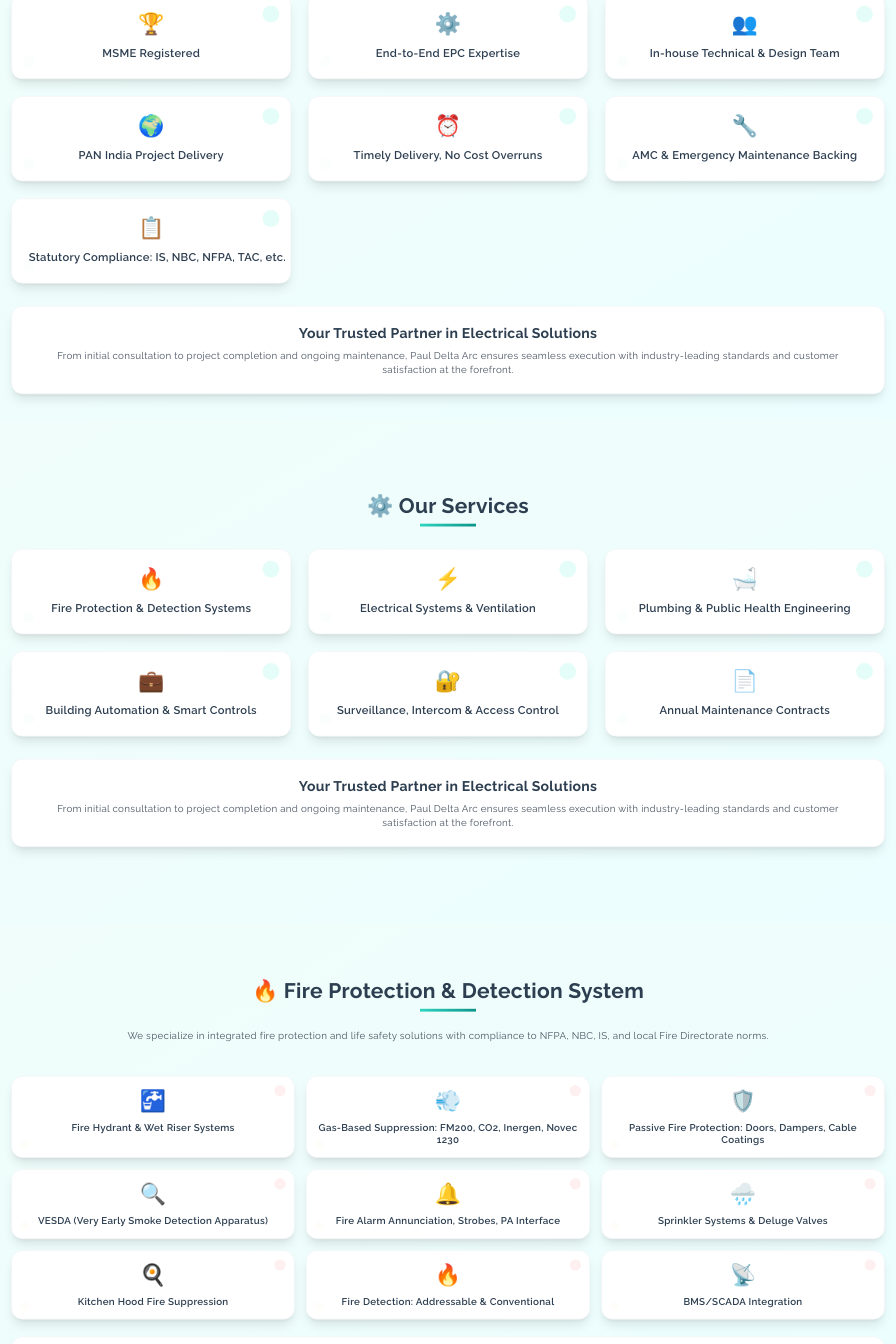
Repository: AnupriyaBiswas/PaulDeltaArc
Page: /
The author's editor kept a copy of each file at every save. The page is drawn from the files as they stood at one save, then again after the next save.
The browser window is 1280 px wide. The pictures show the part of the page from y = 3003 to 4923 px (the page is 10621 px tall), at 70% of full size.
The project was rebuilt for these pictures with package versions that can differ from the ones it lists, and the page was loaded fresh each time. The framework's server and built-in components were replaced by stand-ins that run in the browser. Also part of the build but not shown: next.config.js.

Above is the page before, as saved 2025-07-10 18:38:41.

### styles/globals.css
@tailwind base;
@tailwind components;
@tailwind utilities;


@import url('https://fonts.googleapis.com/css2?family=Raleway:wght@100;200;300;400;500;600;700;800;900&display=swap');

html {
  scroll-behavior: smooth;
  font-family: 'Raleway', sans-serif;
  overflow-x: hidden;
  max-width: 100vw;
}



@layer base {
  body {
    @apply bg-[#ecf0f3] text-[#1f2937] tracking-wide;
    overflow-x: hidden;
    max-width: 100vw;
  }

  }

  h1, h2, h3, h4, h5, h6 {
    @apply font-bold
  }

  h1 {
    @apply text-4xl sm:text-5xl md:text-6xl font-[Raleway]
  }

  h2 {
    @apply text-3xl sm:text-4xl
  }

  li {
    @apply cursor-pointer
  }

  button {
    @apply shadow-xl shadow-gray-400 rounded-xl uppercase bg-gradient-to-r from-[#5651e5] to-[#709dff] text-white
  }

### components/CoreValues.jsx
import React from 'react';

const CoreValues = () => {
  const coreValues = [
    {
      icon: "🏆",
      value: "Excellence",
      description: "Every installation, every circuit, every pipe—done right the first time."
    },
    {
      icon: "🤝",
      value: "Integrity",
      description: "Full transparency in designs, billing, and material sourcing."
    },
    {
      icon: "✅",
      value: "Accountability",
      description: "We own your outcome—from Day 1 through AMC completion."
    },
    {
      icon: "💡",
      value: "Innovation",
      description: "Smart buildings, efficient systems, energy-saving integrations."
    },
    {
      icon: "❤️",
      value: "Relationships",
      description: "Trusted partnerships built on consistency, delivery, and honesty."
    }
  ];

  return (
    <div id='core-values' className='w-full bg-gradient-to-br from-teal-50 to-cyan-50 py-8 min-h-screen flex items-center' style={{paddingTop: '80px'}}>
      <div className='max-w-[1400px] mx-auto px-6 w-full'>
        {/* Header Section */}
        <div className='text-center mb-8'>
          <h2 className='text-4xl font-bold text-[#2c3e50] mb-4'>
            💎 Core Values
          </h2>
          <div className='w-24 h-1 bg-gradient-to-r from-teal-400 to-cyan-600 mx-auto mb-4'></div>
          <p className='text-gray-600 text-base max-w-5xl mx-auto'>
            Our foundational principles that guide every project, partnership, and professional relationship we build.
          </p>
        </div>

        {/* Core Values Grid */}
        <div className='grid grid-cols-1 md:grid-cols-2 lg:grid-cols-3 gap-6'>
          {coreValues.map((item, index) => (
            <div
              key={index}
              className='group relative bg-white p-6 rounded-2xl shadow-lg hover:shadow-2xl transition-all duration-300 transform hover:-translate-y-2 border border-gray-100 min-h-[220px] flex flex-col justify-center'
            >
              {/* Background gradient on hover */}
              <div className='absolute inset-0 bg-gradient-to-br from-teal-400 to-cyan-600 rounded-2xl opacity-0 group-hover:opacity-100 transition-opacity duration-300'></div>

              {/* Content */}
              <div className='relative z-10 text-center'>
                <div className='text-5xl mb-4 group-hover:scale-110 transition-transform duration-300'>
                  {item.icon}
                </div>
                <h3 className='text-xl font-bold text-[#2c3e50] group-hover:text-white transition-colors duration-300 mb-3'>
                  {item.value}
                </h3>
                <p className='text-sm text-gray-600 group-hover:text-gray-100 transition-colors duration-300 leading-relaxed'>
                  {item.description}
                </p>
              </div>

              {/* Decorative elements */}
              <div className='absolute top-4 right-4 w-5 h-5 bg-teal-100 rounded-full opacity-50 group-hover:opacity-0 transition-opacity duration-300'></div>
              <div className='absolute bottom-4 left-4 w-3 h-3 bg-cyan-50 rounded-full opacity-30 group-hover:opacity-0 transition-opacity duration-300'></div>
            </div>
          ))}
        </div>
      </div>
    </div>
  );
};

export default CoreValues;

### components/WhyPaulDeltaArc.jsx
import React, { useState, useEffect } from 'react';

const WhyPaulDeltaArc = () => {
  const [hasMounted, setHasMounted] = useState(false);

  useEffect(() => {
    setHasMounted(true);
  }, []);

  if (!hasMounted) return null;

  const features = [
    { icon: "🏆", title: "MSME Registered" },
    { icon: "⚙️", title: "End-to-End EPC Expertise" },
    { icon: "👥", title: "In-house Technical & Design Team" },
    { icon: "🌍", title: "PAN India Project Delivery" },
    { icon: "⏰", title: "Timely Delivery, No Cost Overruns" },
    { icon: "🔧", title: "AMC & Emergency Maintenance Backing" },
    { icon: "📋", title: "Statutory Compliance: IS, NBC, NFPA, TAC, etc." }
  ];

  return (
    <div id='why-paul-delta-arc' className='w-full bg-gradient-to-br from-teal-50 to-cyan-50 py-8 min-h-screen flex items-center'>
      <div className='max-w-[1400px] mx-auto px-4 w-full'>
        {/* Header */}
        <div className='text-center mb-8'>
          <h2 className='text-3xl font-bold text-[#2c3e50] mb-2'>Why Paul Delta Arc?</h2>
          <div className='w-20 h-1 bg-gradient-to-r from-teal-400 to-teal-600 mx-auto'></div>
        </div>

        {/* Cards Grid - 3 per row */}
        <div className='grid grid-cols-1 md:grid-cols-2 lg:grid-cols-3 gap-6 mb-8'>
          {features.map((feature, index) => (
            <div
              key={index}
              className='group relative p-6 bg-white shadow-lg rounded-2xl hover:shadow-2xl transition-all duration-300 transform hover:-translate-y-2 border border-gray-100 min-w-[320px]'
            >
              {/* Background gradient on hover */}
              <div className='absolute inset-0 bg-gradient-to-br from-teal-400 to-teal-600 rounded-2xl opacity-0 group-hover:opacity-100 transition-opacity duration-300'></div>

              {/* Content */}
              <div className='relative z-10 text-center'>
                <div className='text-3xl mb-3 group-hover:scale-110 transition-transform duration-300'>
                  {feature.icon}
                </div>
                <h3 className='text-base font-semibold text-[#2c3e50] group-hover:text-white transition-colors duration-300 whitespace-nowrap'>
                  {feature.title}
                </h3>
              </div>

              {/* Decorative elements */}
              <div className='absolute top-4 right-4 w-6 h-6 bg-teal-100 rounded-full opacity-50 group-hover:opacity-0 transition-opacity duration-300'></div>
              <div className='absolute bottom-4 left-4 w-4 h-4 bg-teal-50 rounded-full opacity-30 group-hover:opacity-0 transition-opacity duration-300'></div>
            </div>
          ))}
        </div>

        {/* Additional Info Section */}
        <div className='text-center'>
          <div className='bg-white rounded-2xl p-6 shadow-lg border border-gray-100'>
            <h3 className='text-xl font-bold text-[#2c3e50] mb-2'>Your Trusted Partner in Electrical Solutions</h3>
            <p className='text-gray-600 text-sm max-w-8xl mx-auto'>
              From initial consultation to project completion and ongoing maintenance, Paul Delta Arc ensures
              seamless execution with industry-leading standards and customer satisfaction at the forefront.
            </p>
          </div>
        </div>
      </div>
    </div>
  );
};

export default WhyPaulDeltaArc;

### components/Services.jsx
import React, { useState, useEffect } from 'react';

const Services = () => {
  const [hasMounted, setHasMounted] = useState(false);

  useEffect(() => {
    setHasMounted(true);
  }, []);

  if (!hasMounted) return null;

  const features = [
    { icon: "🔥", title: "Fire Protection & Detection Systems" },
    { icon: "⚡", title: "Electrical Systems & Ventilation" },
    { icon: "🛁", title: "Plumbing & Public Health Engineering" },
    { icon: "💼", title: "Building Automation & Smart Controls" },
    { icon: "🔐", title: "Surveillance, Intercom & Access Control" },
    { icon: "📄", title: "Annual Maintenance Contracts" }
  ];

  return (
    <div id='services' className='w-full bg-gradient-to-br from-teal-50 to-cyan-50 py-8 min-h-screen flex items-center'>
      <div className='max-w-[1400px] mx-auto px-4 w-full'>
        {/* Header */}
        <div className='text-center mb-8'>
          <h2 className='text-3xl font-bold text-[#2c3e50] mb-2'>⚙️ Our Services</h2>
          <div className='w-20 h-1 bg-gradient-to-r from-teal-400 to-teal-600 mx-auto'></div>
        </div>

        {/* Cards Grid - 3 per row */}
        <div className='grid grid-cols-1 md:grid-cols-2 lg:grid-cols-3 gap-6 mb-8'>
          {features.map((feature, index) => (
            <div
              key={index}
              className='group relative p-6 bg-white shadow-lg rounded-2xl hover:shadow-2xl transition-all duration-300 transform hover:-translate-y-2 border border-gray-100 min-w-[320px]'
            >
              {/* Background gradient on hover */}
              <div className='absolute inset-0 bg-gradient-to-br from-teal-400 to-teal-600 rounded-2xl opacity-0 group-hover:opacity-100 transition-opacity duration-300'></div>

              {/* Content */}
              <div className='relative z-10 text-center'>
                <div className='text-3xl mb-3 group-hover:scale-110 transition-transform duration-300'>
                  {feature.icon}
                </div>
                <h3 className='text-base font-semibold text-[#2c3e50] group-hover:text-white transition-colors duration-300 whitespace-nowrap'>
                  {feature.title}
                </h3>
              </div>

              {/* Decorative elements */}
              <div className='absolute top-4 right-4 w-6 h-6 bg-teal-100 rounded-full opacity-50 group-hover:opacity-0 transition-opacity duration-300'></div>
              <div className='absolute bottom-4 left-4 w-4 h-4 bg-teal-50 rounded-full opacity-30 group-hover:opacity-0 transition-opacity duration-300'></div>
            </div>
          ))}
        </div>

        {/* Additional Info Section */}
        <div className='text-center'>
          <div className='bg-white rounded-2xl p-6 shadow-lg border border-gray-100'>
            <h3 className='text-xl font-bold text-[#2c3e50] mb-2'>Your Trusted Partner in Electrical Solutions</h3>
            <p className='text-gray-600 text-sm max-w-8xl mx-auto'>
              From initial consultation to project completion and ongoing maintenance, Paul Delta Arc ensures
              seamless execution with industry-leading standards and customer satisfaction at the forefront.
            </p>
          </div>
        </div>
      </div>
    </div>
  );
};

export default Services;

### components/BuildingAutomation.jsx
import React from 'react';
import Image from 'next/image';

const platforms = [
  { name: "Honeywell", icon: "/assets/honeywell.svg", specialty: "Industrial Control" },
  { name: "Siemens", icon: "/assets/siemens.png", specialty: "Building Technologies" },
  { name: "Schneider", icon: "/assets/Schneider.png", specialty: "Energy Management" },
  { name: "Johnson Controls", icon: "/assets/johnson_controls.png", specialty: "Smart Buildings" }
];

const PlatformSection = () => {
  return (
    <div className="w-full py-10 bg-white">
      <div className="max-w-[1240px] mx-auto px-4 text-center">
        <h2 className="text-3xl font-bold text-[#2c3e50] mb-2">💼 Our Platform Expertise</h2>
        <div className="w-20 h-1 bg-gradient-to-r from-teal-400 to-cyan-600 mx-auto mb-6" />
        <p className="text-sm text-gray-600 mb-8">
          We integrate seamlessly with industry-leading platforms to ensure reliable, scalable, and secure systems.
        </p>

        <div className="grid grid-cols-2 md:grid-cols-4 gap-6">
          {platforms.map((platform, index) => (
            <div
              key={index}
              className="group bg-gradient-to-br from-gray-50 to-white p-4 rounded-2xl border border-gray-200 shadow-sm hover:shadow-md transition duration-300 hover:-translate-y-1"
            >
              <div className="relative mb-2">
                <Image
                  src={platform.icon}
                  alt={`${platform.name} logo`}
                  width={100}
                  height={60}
                  className="mx-auto object-contain transition-transform group-hover:scale-105"
                />
              </div>
              <h3 className="text-sm font-semibold text-[#2c3e50]">{platform.name}</h3>
              <p className="text-xs text-gray-500">{platform.specialty}</p>
            </div>
          ))}
        </div>
      </div>
    </div>
  );
};

export default PlatformSection;

### components/SurveillanceAccessControl.jsx
import React, { useState, useEffect } from 'react';

const SurveillanceAccessControl = () => {
  const [hasMounted, setHasMounted] = useState(false);

  useEffect(() => {
    setHasMounted(true);
  }, []);

  if (!hasMounted) return null;

  const scopeServices = [
    { icon: "📹", title: "IP/Analog CCTV Systems", description: "High-definition surveillance with network connectivity and analog support" },
    { icon: "💾", title: "NVR/DVR Storage & GUI Access", description: "Centralized recording systems with user-friendly interface access" },
    { icon: "🔐", title: "Biometric & RFID Access Control", description: "Advanced identification systems for secure facility access" },
    { icon: "🚧", title: "Boom Barriers, Bollards, Turnstiles", description: "Physical security barriers and pedestrian access control" },
    { icon: "📞", title: "Video Door Phones & Intercom", description: "Two-way communication systems with video capabilities" },
    { icon: "🔍", title: "Baggage Scanners, Metal Detectors", description: "Security screening equipment for threat detection" },
    { icon: "🌐", title: "Data Networking & Server Rack Integration", description: "Complete network infrastructure and server management" }
  ];

  return (
    <div id='surveillance-intercom-access-control' className='w-full bg-gradient-to-br from-teal-50 to-cyan-50 py-10 min-h-screen text-sm'>
      <div className='max-w-[1300px] mx-auto px-6'>
        {/* Header Section */}
        <div className='text-center mb-8'>
          <h1 className='text-3xl md:text-4xl font-bold text-[#2c3e50] mb-3'>🔒 Surveillance, Intercom & Access Control</h1>
          <div className='w-28 h-1 bg-gradient-to-r from-teal-400 to-cyan-600 mx-auto mb-4'></div>
          <p className='text-gray-600 max-w-3xl mx-auto leading-relaxed text-sm'>
            We offer modern surveillance solutions for safety, control, and property protection.
          </p>
        </div>

        {/* Visual Section */}
        <div className='mb-10'>
          <div className='bg-white rounded-2xl shadow p-8 relative overflow-hidden'>
            {/* Background Pattern */}
            <div className='absolute inset-0 opacity-5'>
              <div className='grid grid-cols-8 grid-rows-6 h-full'>
                {[...Array(48)].map((_, i) => (
                  <div key={i} className='border border-teal-200'></div>
                ))}
              </div>
            </div>

            <div className='relative z-10 grid grid-cols-1 md:grid-cols-2 lg:grid-cols-3 gap-6 items-stretch'>
              {scopeServices.map((service, index) => (
                <div key={index} className='group relative h-30'>
                  <div className='bg-white p-6 rounded-xl shadow-md hover:shadow-xl transition-all duration-300 transform group-hover:-translate-y-3 border border-gray-100 group-hover:border-teal-200 h-full flex flex-col items-center justify-center text-center'>
                    <div className='text-3xl mb-2 group-hover:opacity-0 transition-opacity duration-300'>{service.icon}</div>
                    <h3 className='text-sm font-semibold text-[#2c3e50] group-hover:text-teal-600 transition-colors duration-300'>{service.title}</h3>
                  </div>

                  {/* Hover State */}
                  <div className='absolute inset-0 bg-gradient-to-br from-teal-400 via-cyan-500 to-teal-600 rounded-xl opacity-0 group-hover:opacity-95 transition-all duration-300 flex items-center justify-center shadow-xl transform scale-100 group-hover:scale-105'>
                    <div className='text-white text-center p-6'>
                      <h4 className='font-bold text-base mb-2'>{service.title}</h4>
                      <p className='text-sm opacity-90 leading-snug'>{service.description}</p>
                    </div>
                  </div>
                </div>
              ))}
            </div>
          </div>
        </div>
      </div>
    </div>
  );
};

export default SurveillanceAccessControl;

### components/Footer.jsx
import React from 'react';

const Footer = () => {
  return (
    <footer className="w-full bg-gradient-to-br from-slate-900 via-slate-800 to-slate-900 text-white relative overflow-hidden">
      {/* Background Pattern */}
      <div className="absolute inset-0 bg-gradient-to-br from-teal-900/20 to-cyan-900/20"></div>
      <div className="absolute inset-0 bg-[radial-gradient(circle_at_50%_50%,rgba(14,165,233,0.1),transparent_70%)]"></div>

      <div className="relative z-10 max-w-7xl mx-auto px-4 sm:px-6 lg:px-8 py-12">
        <div className="text-center">

          {/* Copyright and Credits */}
          <div className="space-y-4 mb-8">
            <p className="text-gray-400 font-semibold text-sm">
              Copyright © 2025 Paul Delta Arc
            </p>
            <p className="text-gray-400 text-sm">
              Website Designed, Hosted, and Maintained by:
              <span className="font-medium text-teal-400 hover:text-teal-300 transition-colors duration-300">
                {' '}Anupriya Biswas & Suman Prasad
              </span>
            </p>
          </div>

          {/* Decorative line */}
          <div className="w-24 h-0.5 bg-gradient-to-r from-teal-400 to-cyan-400 rounded-full mx-auto"></div>
        </div>
      </div>
    </footer>
  );
};

export default Footer;

### components/ClientOnly.jsx
// /components/ClientOnly.jsx
import { useEffect, useState } from 'react';

const ClientOnly = ({ children }) => {
  const [hasMounted, setHasMounted] = useState(false);

  useEffect(() => {
    setHasMounted(true);
  }, []);

  if (!hasMounted) return null;

  return children;
};

export default ClientOnly;

Loaded but not shown: pages/_app.js (common file); pages/_document.js (common file); tailwind.config.js (common file); pages/index.js (55 lines, source omitted); components/Navbar.jsx (268 lines, source omitted); components/AnnualMaintenanceContracts.jsx (240 lines, source omitted); components/Main.jsx (268 lines, source omitted); components/ElectricalSystemsVentilation.jsx (140 lines, source omitted); components/Contact.jsx (156 lines, source omitted); components/About.jsx (148 lines, source omitted); components/VisionMission.jsx (105 lines, source omitted); components/FireProtectionSystems.jsx (119 lines, source omitted); components/PlumbingPublicHealth.jsx (109 lines, source omitted); components/IndustriesWeServe.jsx (130 lines, source omitted); components/OurApproach.jsx (145 lines, source omitted)

After the next save:
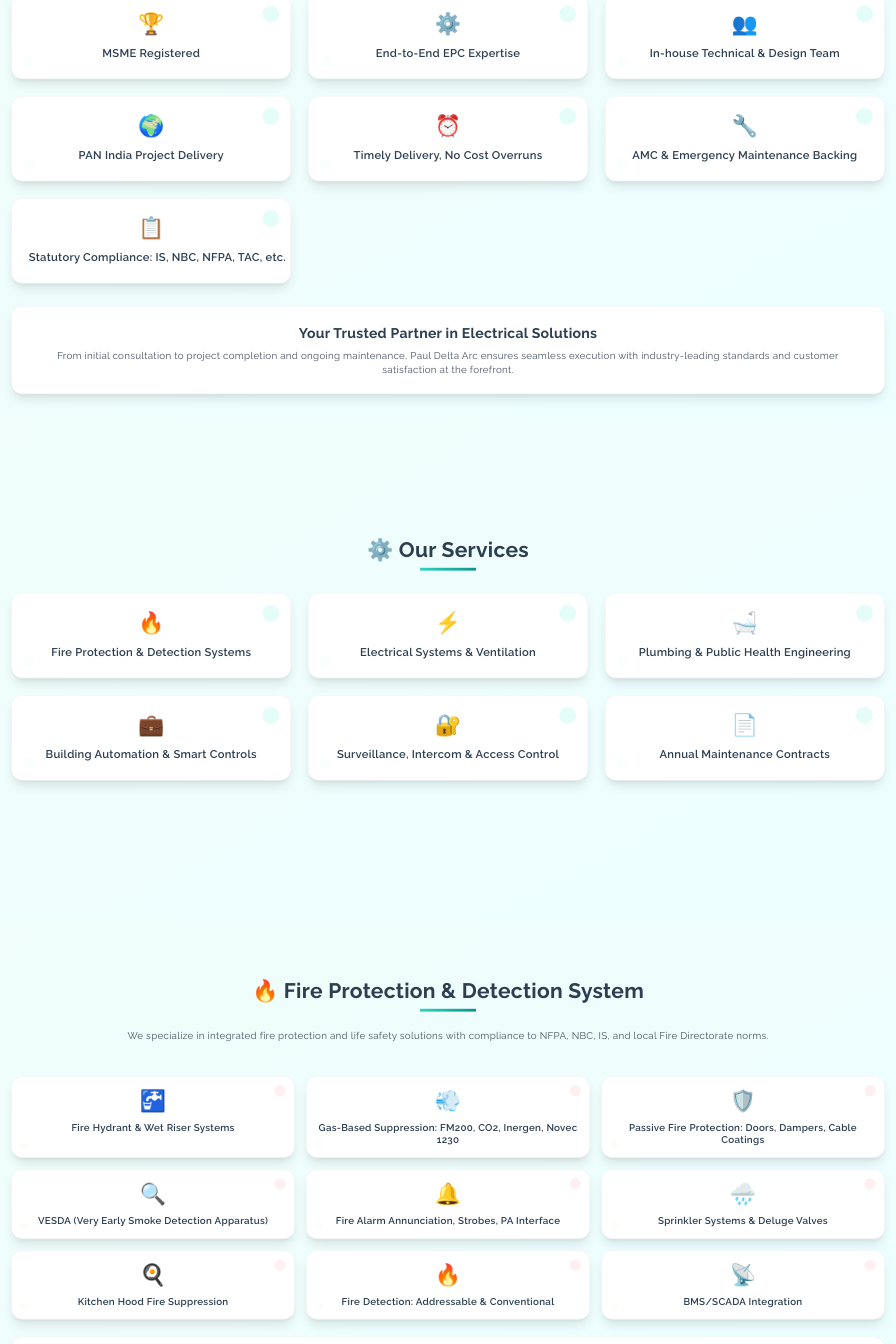
Saved 12 s later.
--- a/components/Services.jsx
+++ b/components/Services.jsx
@@ -54,16 +54,7 @@ const Services = () => {
           ))}
         </div>
 
-        {/* Additional Info Section */}
-        <div className='text-center'>
-          <div className='bg-white rounded-2xl p-6 shadow-lg border border-gray-100'>
-            <h3 className='text-xl font-bold text-[#2c3e50] mb-2'>Your Trusted Partner in Electrical Solutions</h3>
-            <p className='text-gray-600 text-sm max-w-8xl mx-auto'>
-              From initial consultation to project completion and ongoing maintenance, Paul Delta Arc ensures
-              seamless execution with industry-leading standards and customer satisfaction at the forefront.
-            </p>
-          </div>
-        </div>
+
       </div>
     </div>
   );
